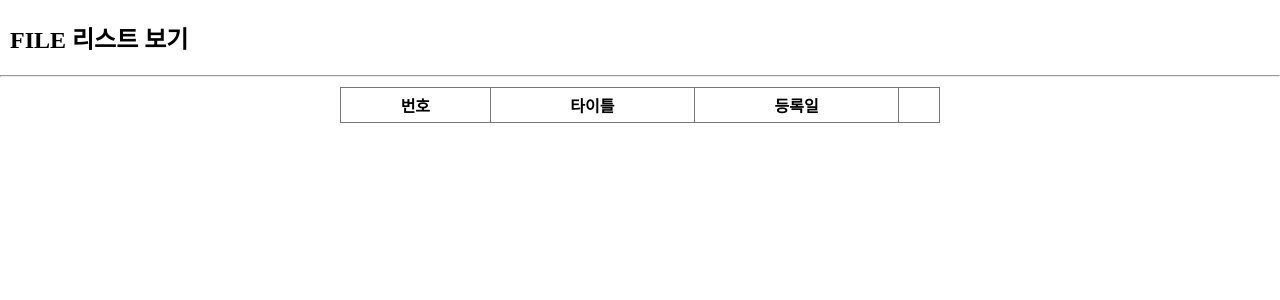
Repository: hyunh84/jsp_study
Page: http://localhost/Day07/j06_file05.jsp
An editor plug-in stored every save of this project. The page is shown before and after the next save, followed by the edit.
The browser window is 1280 px wide. The pictures show the whole page.
The page is served by Tomcat 9. Other server files are loaded and not shown. Queries for data that is not in the repository find no rows.

Above is the page before, as saved 2015-10-11 02:25:13.

### MyWorks/Day07/WebContent/j06_file05.jsp
<%@ page language="java" contentType="text/html; charset=utf-8"
    pageEncoding="utf-8"%>
<%@ page import="java.sql.*" %>
<%@ page import="java.util.ArrayList"%>
<%@ page import="dto.FileDto"%>
<!DOCTYPE html>
<html>
<head>
<meta charset="utf-8">
<title>Insert title here</title>
<style type="text/css">
	* {margin:0; padding:0;}
	a {color:#555; text-decoration:none;}
	a:hover {color:blue; text-decoration:underline;}
	h2 {padding:20px 10px;}
	table {border-collapse:collapse; }
	table th {padding:5px; border:1px solid #777;}
	table td {padding:5px; border:1px solid #777;}
</style>
</head>
<body>
	<h2>FILE 리스트 보기</h2>
	<hr />

	<%
		ArrayList<FileDto> listc = new ArrayList();

		try{
			//#1. Driver Load
			Class.forName("oracle.jdbc.driver.OracleDriver");
			System.out.println("1. Driver Load Comp");

			//#2. DB Connection
			String url = "jdbc:oracle:thin:@192.168.33.121:1521:xe";
			String user = "para";
			String password = "para";
			Connection conn = DriverManager.getConnection(url, user, password);
			System.out.println("2. DB Connection Comp");



			//#3. SQL(select) && executeQuery
			String sql = "select * from fileinfo order by num desc";
			PreparedStatement ps = conn.prepareStatement(sql);

			ResultSet rs = ps.executeQuery();

			while(rs.next()) {
				FileDto dto = new FileDto();

				dto.setNum(rs.getInt("num"));
				dto.setTitle(rs.getString("title"));
				dto.setOrgname(rs.getString("orgname"));
				dto.setAddr(rs.getNString("addr"));
				dto.setLink(rs.getString("link"));
				dto.setRegDate(rs.getDate("regdate"));
				listc.add(dto);

			}

			rs.close();
			ps.close();
			conn.close();

		}catch(Exception e){e.printStackTrace();}




	%>

	<form action="" >
		<table style="width:600px; margin:10px auto 0;">
			<thead>
				<tr>
					<th>번호</th>
					<th>타이틀</th>
					<th>등록일</th>
					<th></th>
				</tr>
			</thead>
			<tbody>
				<%
					if(listc.size() != 0){
						for(FileDto each : listc){
				%>

					<tr>
						<td><%=each.getNum() %></td>
						<td>
							<img src ="<%=each.getLink() %>" style="width:100px;" />
							<%=each.getTitle() %>
						</td>
						<td><%=each.getRegDate() %></td>
						<td>
							<a href="/Day07/j06_file04.jsp?num=<%=each.getNum() %>" style="display:inline-block; padding:5px; font-size:12px; border:1px solid #ccc;">삭제하기</a>
							<a href="#" style="display:inline-block; padding:5px; font-size:12px; border:1px solid #ccc;">다운로드</a>
						</td>
					</tr>
				<%
						}
					}
				%>
			</tbody>
		</table>

	</form>



</body>
</html>

After the next save:
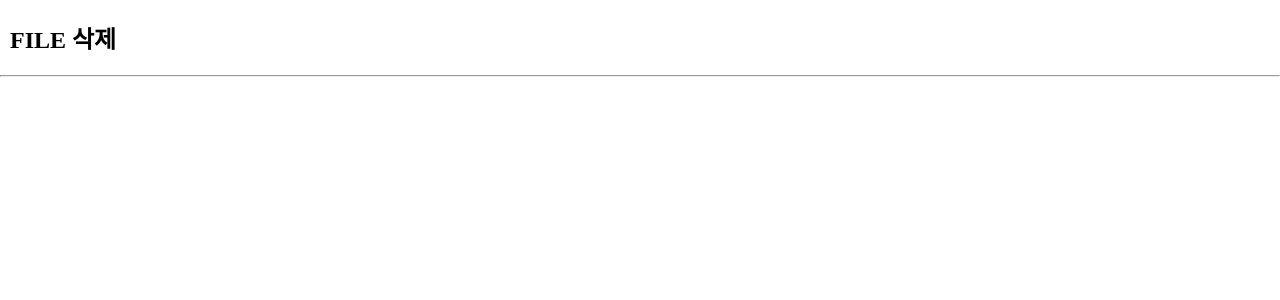
Saved 48 s later.
--- a/MyWorks/Day07/WebContent/j06_file05.jsp
+++ b/MyWorks/Day07/WebContent/j06_file05.jsp
@@ -19,7 +19,7 @@
 </style>
 </head>
 <body>
-	<h2>FILE 리스트 보기</h2>
+	<h2>FILE  삭제</h2>
 	<hr />
 
 	<%
@@ -69,43 +69,6 @@
 
 	%>
 
-	<form action="" >
-		<table style="width:600px; margin:10px auto 0;">
-			<thead>
-				<tr>
-					<th>번호</th>
-					<th>타이틀</th>
-					<th>등록일</th>
-					<th></th>
-				</tr>
-			</thead>
-			<tbody>
-				<%
-					if(listc.size() != 0){
-						for(FileDto each : listc){
-				%>
-
-					<tr>
-						<td><%=each.getNum() %></td>
-						<td>
-							<img src ="<%=each.getLink() %>" style="width:100px;" />
-							<%=each.getTitle() %>
-						</td>
-						<td><%=each.getRegDate() %></td>
-						<td>
-							<a href="/Day07/j06_file04.jsp?num=<%=each.getNum() %>" style="display:inline-block; padding:5px; font-size:12px; border:1px solid #ccc;">삭제하기</a>
-							<a href="#" style="display:inline-block; padding:5px; font-size:12px; border:1px solid #ccc;">다운로드</a>
-						</td>
-					</tr>
-				<%
-						}
-					}
-				%>
-			</tbody>
-		</table>
-
-	</form>
-
 
 
 </body>
